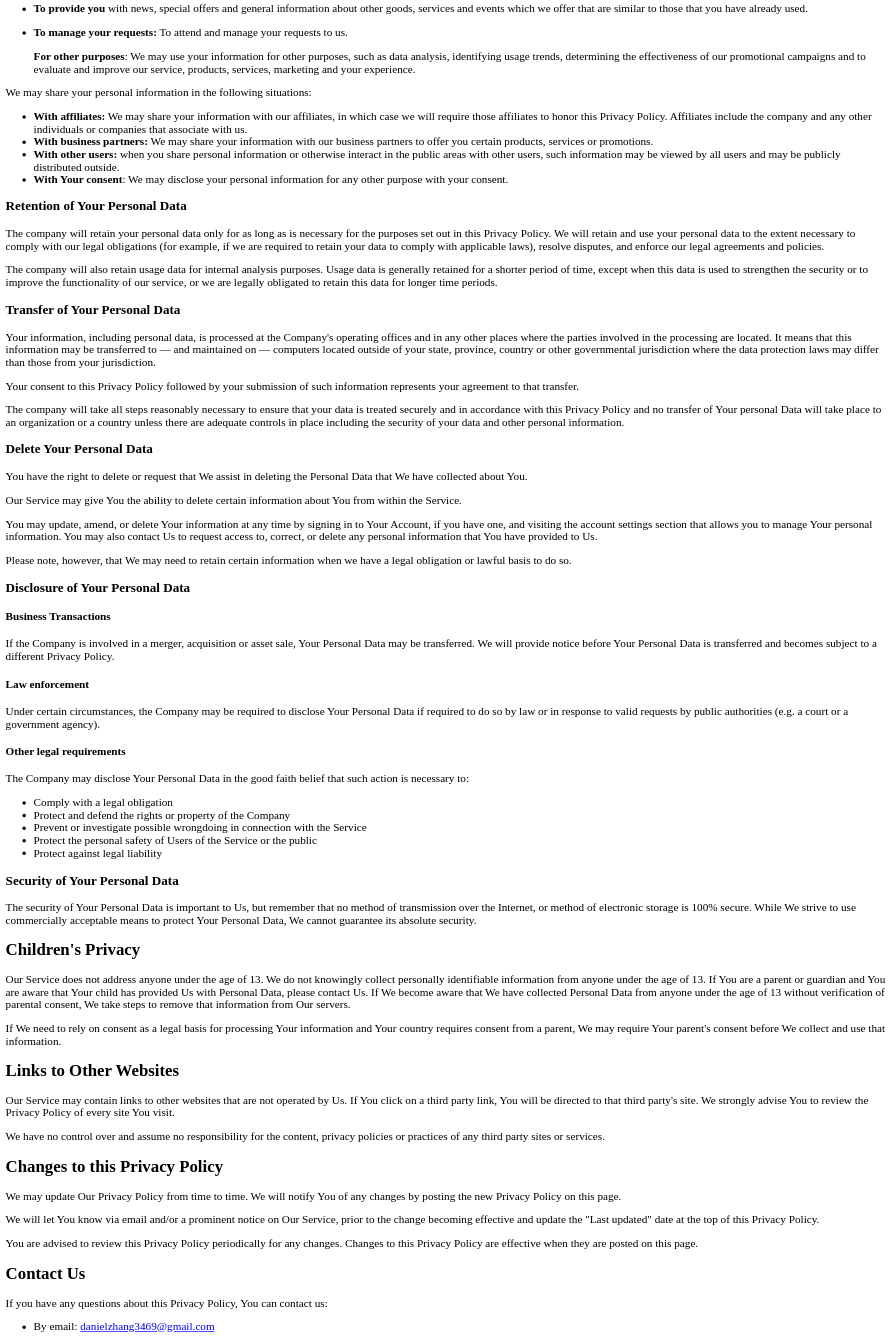
Repository: danielzhang2001/Clodbot
Page: privacy-policy.html
The author's editor kept a copy of each file at every save. The page is drawn from the files as they stood at one save, then again after the next save.
The browser window is 1280 px wide. The pictures show the part of the page from y = 1432 to 3352 px (the page is 3352 px tall before and 3334 px after), at 70% of full size.

Above is the page before, as saved 2024-04-18 01:40:54.

After the next save:
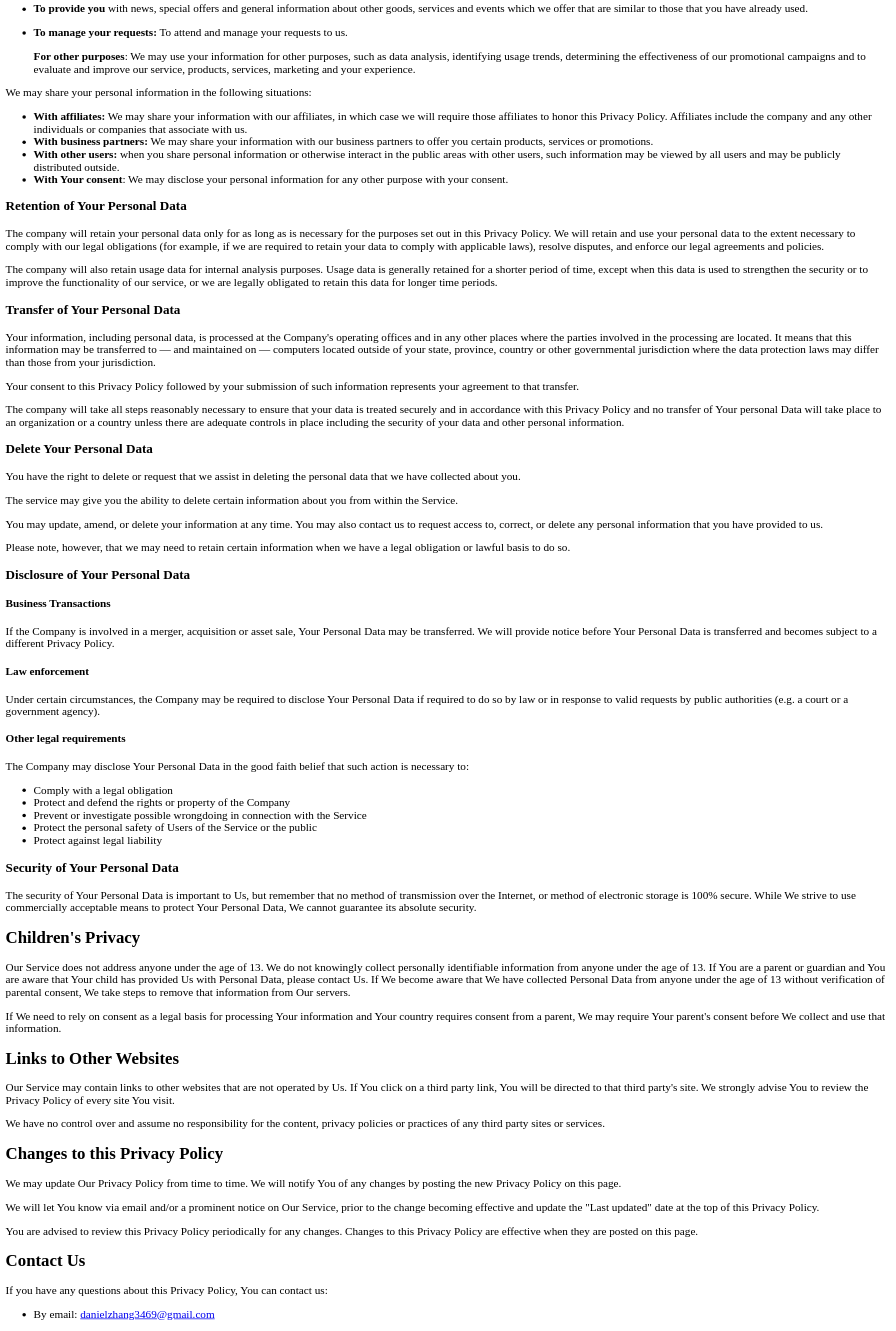
Saved 10 min 51 s later.
--- a/privacy-policy.html
+++ b/privacy-policy.html
@@ -131,13 +131,12 @@
   with this Privacy Policy and no transfer of Your personal Data will take place to an organization or a country unless
   there are adequate controls in place including the security of your data and other personal information.</p>
 <h3>Delete Your Personal Data</h3>
-<p>You have the right to delete or request that We assist in deleting the Personal Data that We have collected about
-  You.</p>
-<p>Our Service may give You the ability to delete certain information about You from within the Service.</p>
-<p>You may update, amend, or delete Your information at any time by signing in to Your Account, if you have one, and
-  visiting the account settings section that allows you to manage Your personal information. You may also contact Us to
-  request access to, correct, or delete any personal information that You have provided to Us.</p>
-<p>Please note, however, that We may need to retain certain information when we have a legal obligation or lawful basis
+<p>You have the right to delete or request that we assist in deleting the personal data that we have collected about
+  you.</p>
+<p>The service may give you the ability to delete certain information about you from within the Service.</p>
+<p>You may update, amend, or delete your information at any time. You may also contact us to
+  request access to, correct, or delete any personal information that you have provided to us.</p>
+<p>Please note, however, that we may need to retain certain information when we have a legal obligation or lawful basis
   to do so.</p>
 <h3>Disclosure of Your Personal Data</h3>
 <h4>Business Transactions</h4>
